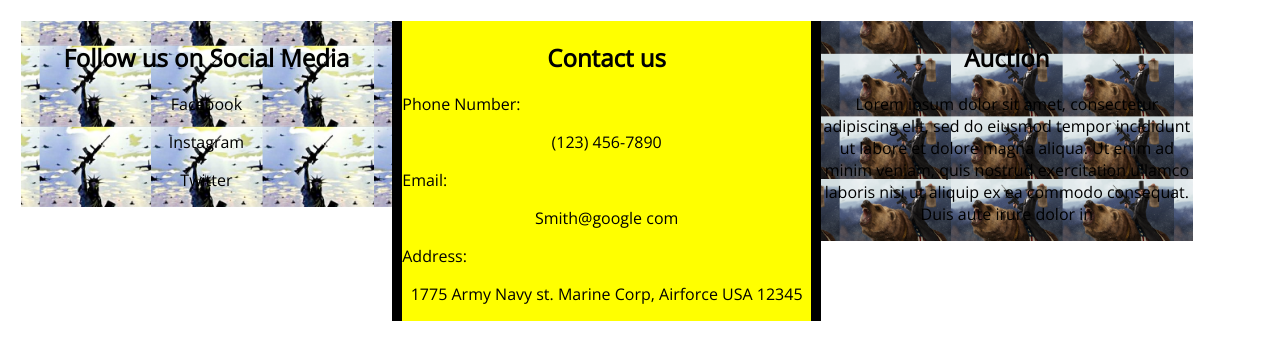
Repository: 3EyEdRav3n/10-2020-cohort-course
Page: week-1/Week-1 Assignment/index.html
These files come from the project's save history. The page is drawn as it stood at one moment and after the next save; the edit follows.
The browser window is 1280 px wide. The pictures show the whole page.

Above is the page before, as saved 2020-11-01 21:51:07.

After the next save:
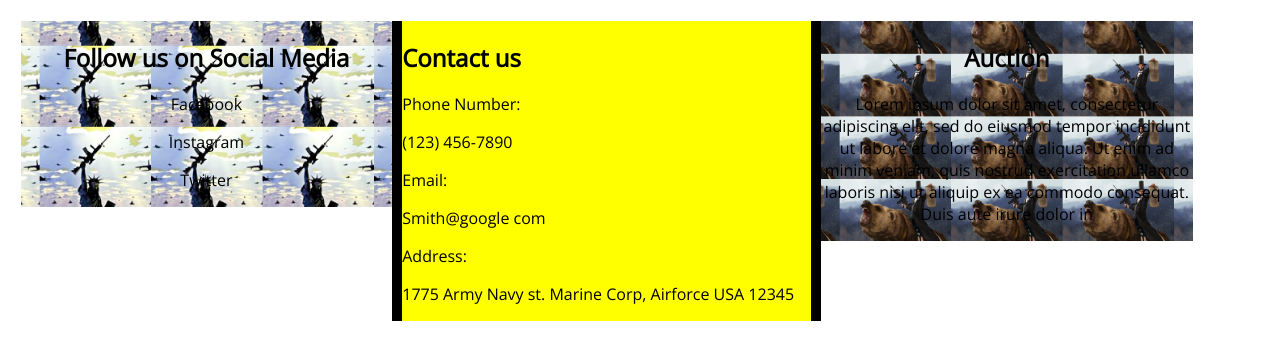
Saved 85 s later.
--- a/week-1/Week-1 Assignment/styles.css
+++ b/week-1/Week-1 Assignment/styles.css
@@ -18,9 +18,10 @@
         background-color: yellow;
         border-left: 10px solid;
         border-right: 10px solid;
-        text-align: center;
+               float: left;
+        text-align: left;
         width: 33%;
-        float: left;
+
 }
 .right-col{
         background-image: url("/images/lincoln.jpg");
